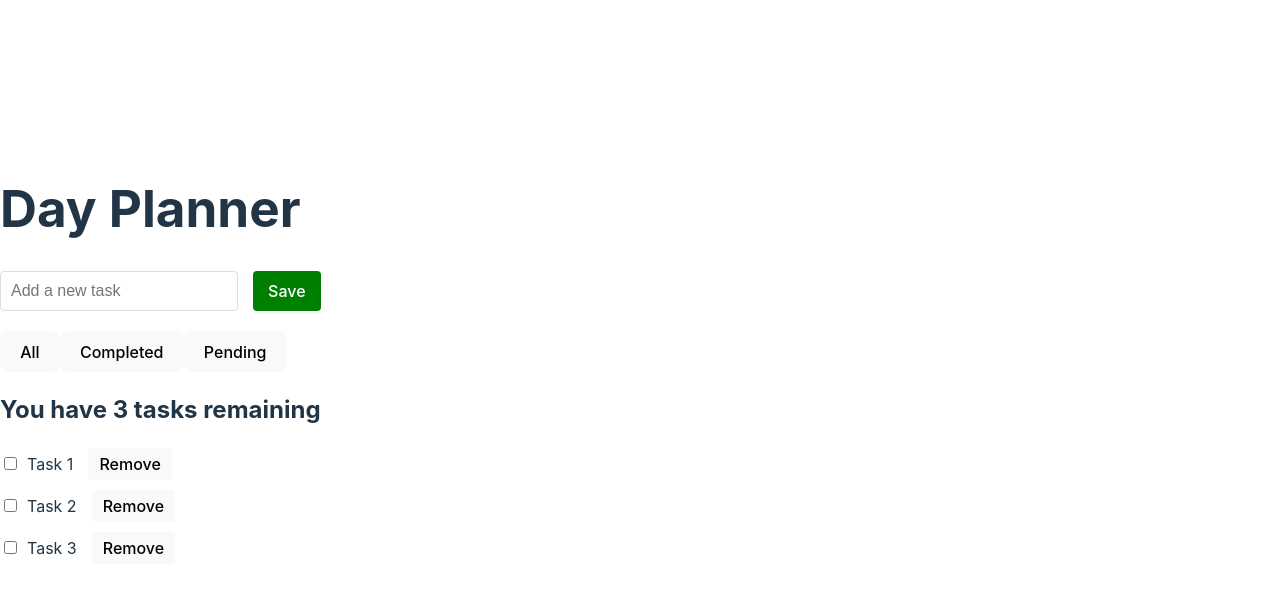
Repository: GavinPahal/Lab7
Page: /
An editor plug-in stored every save of this project. The page is shown before and after the next save, followed by the edit.
The browser window is 1280 px wide. The pictures show the whole page.
The project was rebuilt for these pictures with package versions that can differ from the ones it lists, and the page was loaded fresh each time. Also part of the build but not shown: vite.config.js.

Above is the page before, as saved 2024-10-28 14:29:33.

### src/App.jsx
import React, { useState } from 'react';
import Task from './components/Task';
import TaskForm from './components/TaskForm';
import './App.css';

function App() {
  const [tasks, setTasks] = useState([
    { text: 'Task 1', isCompleted: false },
    { text: 'Task 2', isCompleted: false },
    { text: 'Task 3', isCompleted: false },
  ]);
  const [filter, setFilter] = useState('all'); // Filter state

  const addTask = (task) => setTasks([...tasks, { text: task, isCompleted: false }]);

  const toggleTask = (index) => {
    setTasks(prevTasks =>
      prevTasks.map((task, i) => (i === index ? { ...task, isCompleted: !task.isCompleted } : task))
    );
  };

  const deleteTask = (index) => setTasks(tasks.filter((_, i) => i !== index));

  // Filter tasks based on selection
  const filteredTasks = tasks.filter(task => {
    if (filter === 'pending') return !task.isCompleted;
    if (filter === 'completed') return task.isCompleted;
    return true; // All tasks
  });

  const pendingTasksCount = tasks.filter(task => !task.isCompleted).length;

  return (
    <div className="app">
      <h1>Day Planner</h1>
      <TaskForm addTask={addTask} />

      {/* Filter buttons with Completed in the middle */}
      <div className="filter-buttons">
        <button onClick={() => setFilter('all')}>All</button>
        <button onClick={() => setFilter('completed')}>Completed</button>
        <button onClick={() => setFilter('pending')}>Pending</button>
      </div>

      {/* Task count for All and Pending views */}
      {(filter === 'all' || filter === 'pending') && (
        <h2>You have {pendingTasksCount} tasks remaining</h2>
      )}

      {/* Task list display based on filter */}
      <div className="task-list">
        {filteredTasks.map((task, index) => (
          <Task
            key={index}
            index={index}
            task={task}
            toggleTask={toggleTask}
            deleteTask={deleteTask}
          />
        ))}
      </div>
    </div>
  );
}

export default App;

### src/components/Task.jsx
import React from 'react';

function Task({ task, index, toggleTask, deleteTask }) {
  return (
    <div className={`task ${task.isCompleted ? 'completed' : ''}`}>
      <input
        type="checkbox"
        checked={task.isCompleted}
        onChange={() => toggleTask(index)}
        disabled={task.isCompleted}
      />
      <span className="task-text">{task.text}</span>
      <button className="remove-button" onClick={() => deleteTask(index)}>Remove</button>
    </div>
  );
}

export default Task;

### src/components/TaskForm.jsx
import React, { useState } from 'react';

function TaskForm({ addTask }) {
  const [value, setValue] = useState('');

  const handleSubmit = (e) => {
    e.preventDefault();
    if (!value) return;
    addTask(value);
    setValue('');
  };

  return (
    <form onSubmit={handleSubmit} className="task-form">
      <input
        type="text"
        value={value}
        onChange={(e) => setValue(e.target.value)}
        placeholder="Add a new task"
      />
      <button type="submit">Save</button>  {/* Save button */}
    </form>
  );
}

export default TaskForm;

### src/App.css
/* Task Form Styling */
.task-form {
  display: flex; /* Align elements horizontally */
  align-content: space-between;
  align-items: center; /* Center items vertically */
  margin-bottom: 20px; /* Space below the form */
}

.task-form input[type="text"] {
  flex: 1; /* Expand input to take available space */
  align-content: space-between;
  padding: 10px; /* Padding for better usability */
  margin-right: 15px; /* Space between input and button */
  border: 1px solid #ddd; /* Light border for input */
  border-radius: 4px; /* Rounded corners */
  font-size: 16px; /* Increased font size for readability */
}

.task-form button {
  padding: 10px 15px; /* Button dimensions */
  background-color: green; /* Green background */
  color: white; /* White text for contrast */
  border: none; /* Remove default button border */
  cursor: pointer; /* Pointer cursor on hover */
  border-radius: 4px; /* Rounded corners */
  font-size: 16px; /* Font size matching input */
}

.task {
  display: flex; /* Use flexbox for alignment */
  align-items: center; /* Center items vertically */
  margin-bottom: 10px; /* Space between tasks */
}

.task input[type="checkbox"] {
  margin-right: 10px; /* Space between checkbox and task text */
}

.task-text {
  margin-right: 15px; /* Space between task text and remove button */
}

.remove-button {
  padding: 5px 10px; /* Padding for the button */
  cursor: pointer; /* Pointer cursor on hover */
  border-radius: 4px; /* Rounded corners */
}

Loaded but not shown: index.html (common file); src/main.jsx (common file); src/index.css (common file)

After the next save:
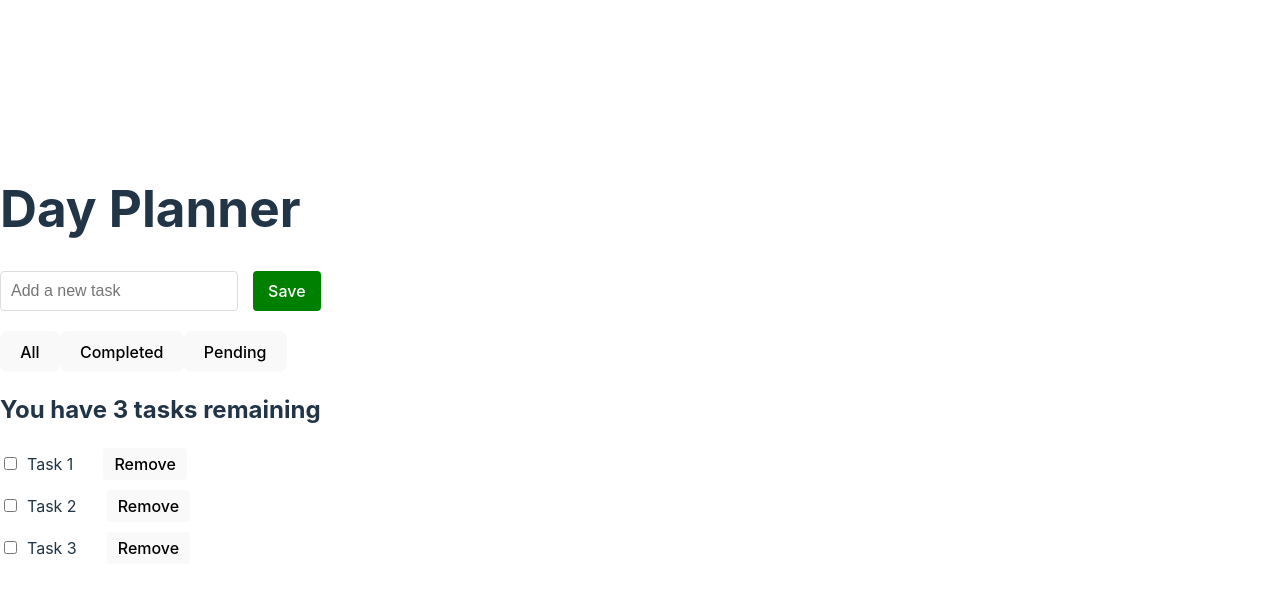
Saved 6 s later.
--- a/src/App.css
+++ b/src/App.css
@@ -37,7 +37,7 @@
 }
 
 .task-text {
-  margin-right: 15px; /* Space between task text and remove button */
+  margin-right: 30px; /* Space between task text and remove button */
 }
 
 .remove-button {
